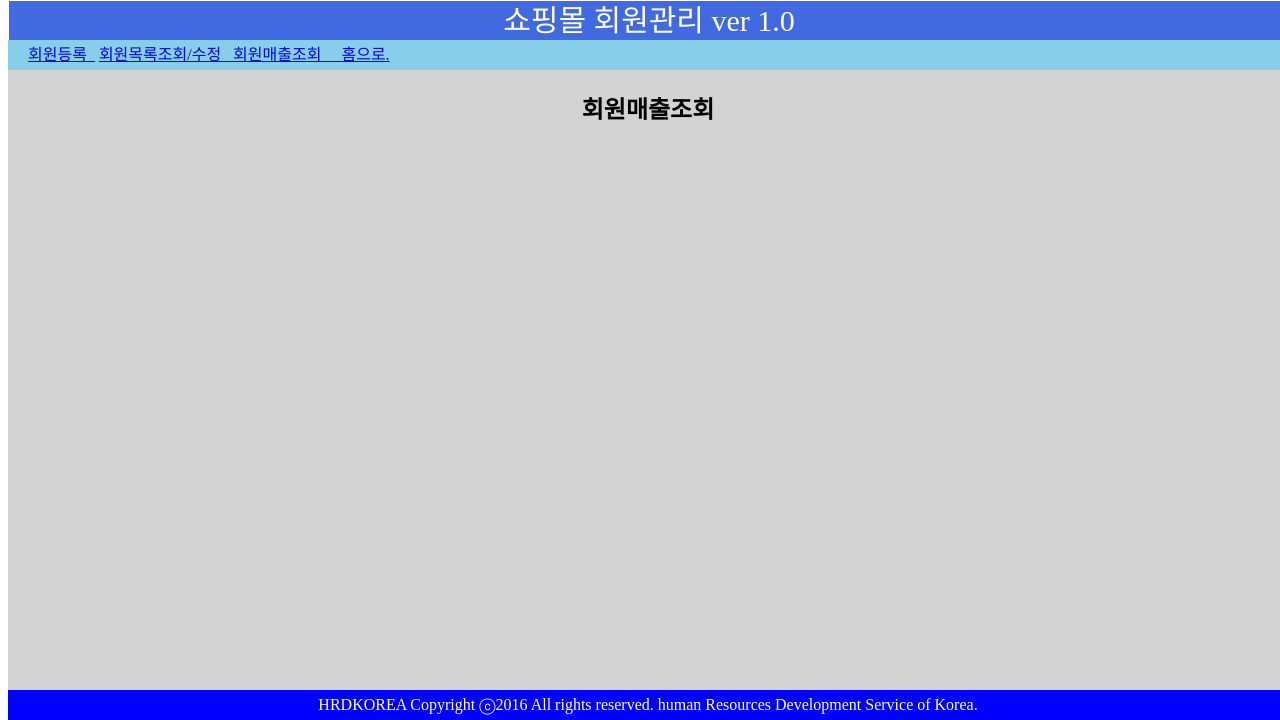
Repository: GotChun/license_practice
Page: http://localhost/HRD_8155/salary.jsp
These files come from the project's save history. The page is drawn as it stood at one moment and after the next save; the edit follows.
The browser window is 1280 px wide. The pictures show the whole page.
The page is served by Tomcat 9. Other server files are loaded and not shown.

Above is the page before, as saved 2025-02-19 15:06:07.

### HRD_8155/src/main/webapp/salary.jsp
<%@ page language="java" contentType="text/html; charset=UTF-8"
	pageEncoding="UTF-8"%>
<!DOCTYPE html>
<html>
<head>
<meta charset="UTF-8">
<title>salary</title>
</head>
<body>
	<jsp:include page="header.jsp"></jsp:include>

	<section
		style="position: fixed; top: 70px; width: 100%; height: 100%; background-color: lightgray;">
		<h2 style="text-align: center;">
			<b>회원매출조회</b>
		</h2>
		<br>
		<form style="display: flex; justify-content: center; align-items: center; text-align: center;">

		</form>
	</section>

	<jsp:include page="footer.jsp"></jsp:include>
</body>
</html>

### HRD_8155/src/main/webapp/header.jsp
<%@ page language="java" contentType="text/html; charset=UTF-8"
    pageEncoding="UTF-8"%>
<!DOCTYPE html>
<html>
<head>
<meta charset="UTF-8">
<title>header</title>
</head>
<body>

	<header style=" position: fixed; top:0px; width: 100%; height:40px;
	 border:1px solid; background-color:royalblue; text-align: center; line-height:40px; font-size:30px; color:white;">쇼핑몰 회원관리 ver 1.0	</header>

	 <nav style="position:fixed; top:40px; width:100%; height:30px; line-height:30px;
	 background-color:skyblue; color:white; padding-left:20px;">
	 <a href="join.jsp">회원등록&nbsp;&nbsp;</a>
	  <a href="list.jsp">회원목록조회/수정&nbsp;&nbsp;  </a>
	  <a href="salary.jsp">회원매출조회&nbsp;&nbsp;&nbsp;&nbsp;  </a>
	  <a href="index.jsp">홈으로. </a>
	 </nav>

</body>
</html>

### HRD_8155/src/main/webapp/footer.jsp
<%@ page language="java" contentType="text/html; charset=UTF-8"
    pageEncoding="UTF-8"%>
<!DOCTYPE html>
<html>
<head>
<meta charset="UTF-8">
<title>footer</title>
</head>
<body>
	 <footer style=" position:fixed; bottom:0px; text-align:center; width:100%; height:30px; background-color:blue; line-height:30px; color:white;">
	 HRDKOREA Copyright ⓒ2016 All rights reserved. human Resources Development Service of Korea. </footer>
</body>
</html>

After the next save:
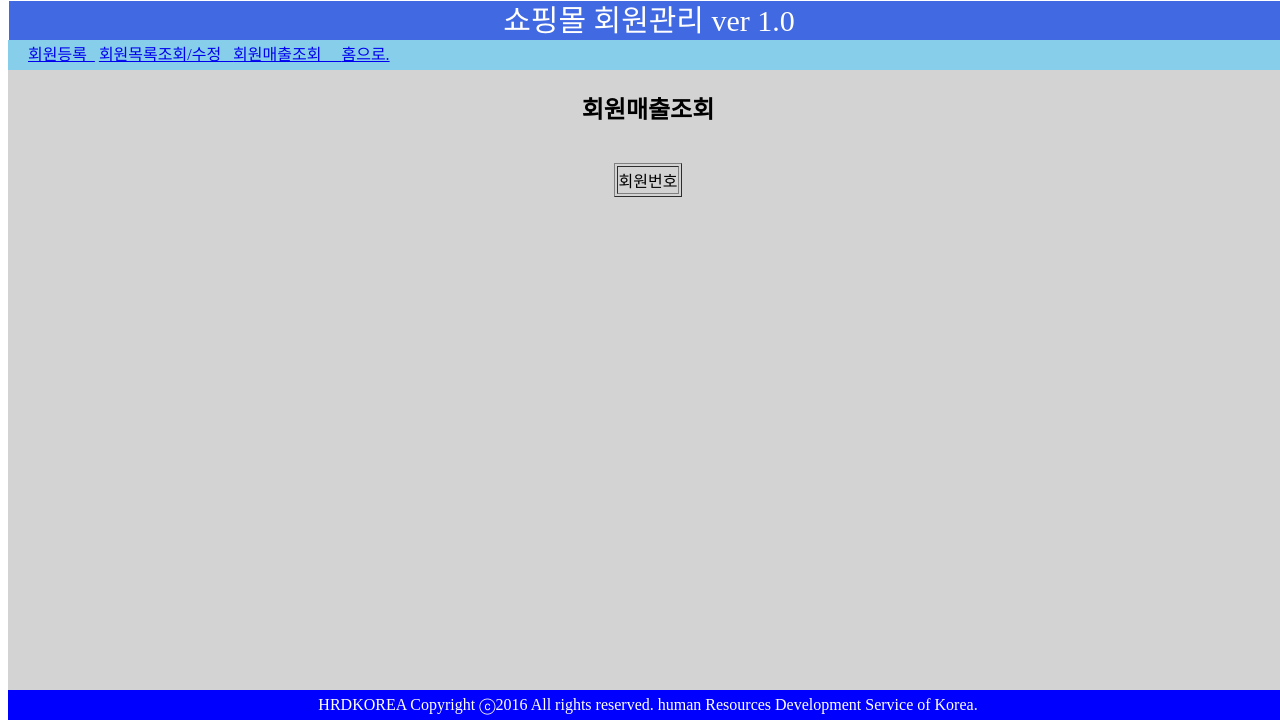
Saved 65 s later.
--- a/HRD_8155/src/main/webapp/salary.jsp
+++ b/HRD_8155/src/main/webapp/salary.jsp
@@ -16,7 +16,11 @@
 		</h2>
 		<br>
 		<form style="display: flex; justify-content: center; align-items: center; text-align: center;">
-
+		<table border="1">
+		<tr>
+			<td>회원번호</td>
+		</tr>
+		</table>
 		</form>
 	</section>
 
